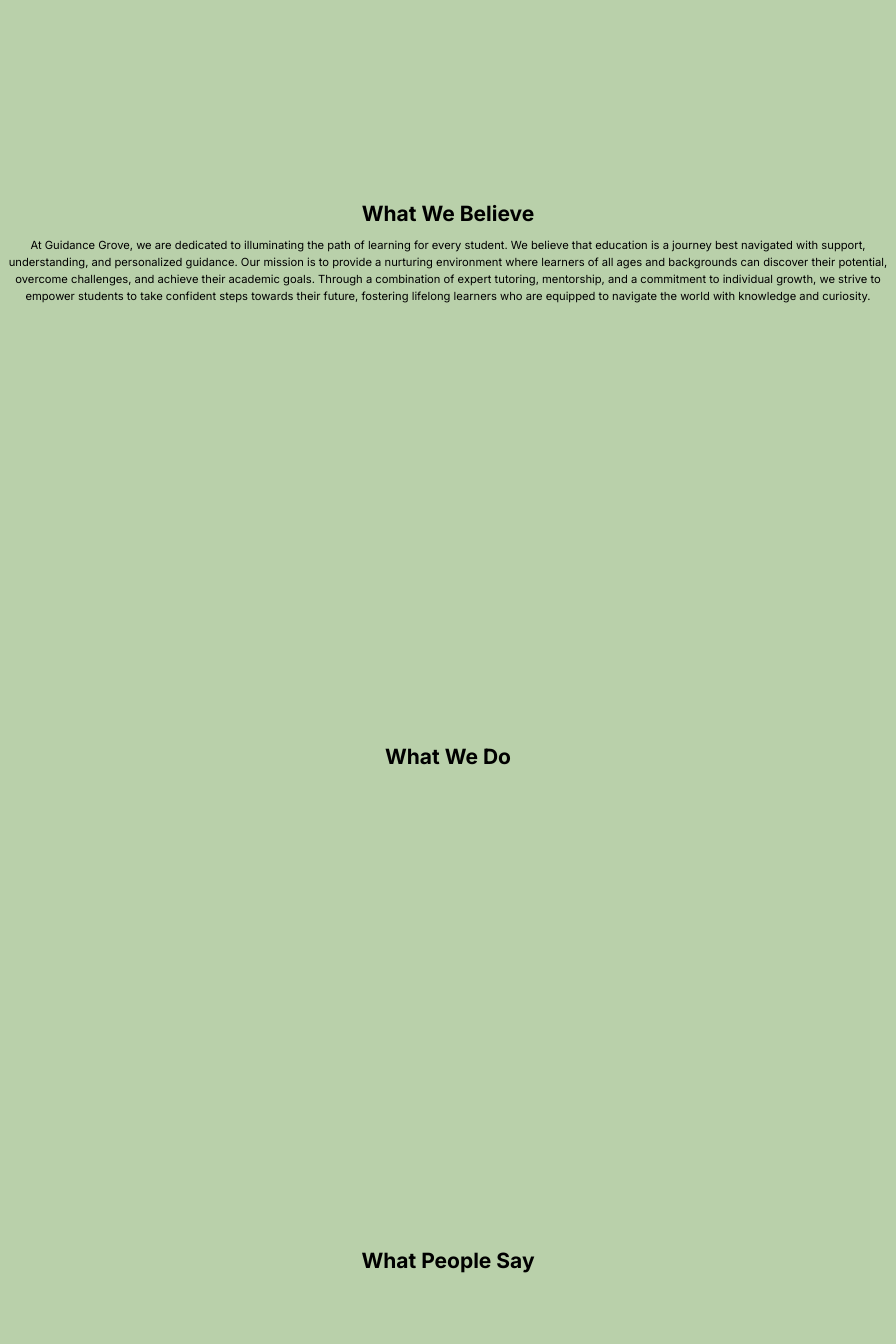
Repository: PositiveGuy/GuidanceGrove
Page: /
These files come from the project's save history. The page is drawn as it stood at one moment and after the next save; the edit follows.
The browser window is 1280 px wide. The pictures show the part of the page from y = 0 to 1920 px (the page is 3874 px tall), at 70% of full size.
The project was rebuilt for these pictures with package versions that can differ from the ones it lists, and the page was loaded fresh each time. The framework's server and built-in components were replaced by stand-ins that run in the browser. Also part of the build but not shown: next.config.js.

Above is the page before, as saved 2023-12-28 12:21:16.

### src/app/layout.tsx
import React from 'react';
import Header from '../components/header';
import Footer from '../components/footer';
import { Inter } from 'next/font/google';
import './globals.css';
import { ThemeContextProvider } from '@/context/ThemeContext';
import ThemeProvider from '@/providers/ThemeProvider';
import ThemeWrapper from '@/components/ThemeWrapper';

//font
const inter = Inter({ subsets: ['latin'] });



//header and footer layout
const RootLayout = ({ children }: { children: React.ReactNode }) => {
  return (
    <html lang='en'>
      <body>
        <ThemeContextProvider>
          <ThemeProvider>
            <Header />
            <ThemeWrapper>
              <main className={inter.className}>{children}</main>
            </ThemeWrapper>
            <Footer />
          </ThemeProvider>
        </ThemeContextProvider>
      </body>
    </html>
  );
};

export default RootLayout;

### src/app/page.tsx
import React from 'react';
//components import
import BelieveSection from '../components/BelieveSection';
import ServicesSection from '../components/ServicesSection';
import TestimonialsSection from '../components/TestimonialsSection';
import CallToActionSection from '../components/CallToActionSection';
import ContactSection from '../components/ContactSection';


//page layout
const Page = () => {
  return (
    <>
      <BelieveSection />
      <ServicesSection />
      <TestimonialsSection />
      <CallToActionSection />
      <ContactSection />
    </>
  );
};

export default Page;

### src/components/header.tsx
"use client"
import MobileNavigation from "./MobileNavigation";
import ThemeToggle from "./ThemeToggle";


const Header = () => {
  return (
    <>
      <nav className="hidden fixed z-50 w-full flex justify-between items-center p-5 bg-black">
        {/* Left Side: Logo and GuidanceGrove™ */}
        <div className="flex items-center space-x-3">
          <img src="/Logo/guidance-grove-logo.png" alt="Guidance Grove Logo" className="h-12 w-12 rounded-full" />
          <div className="text-xl font-caveat font-bold text-white">
            GuidanceGrove™
          </div>
        </div>

        {/* Center: Navigation Links */}
        <div>
          <ul className="flex space-x-4">
            <li><a href="/" className="text-neutral-400 hover:text-white">Home</a></li>
            <li><a href="/about" className="text-neutral-400 hover:text-white">About</a></li>
            <li><a href="/services" className="text-neutral-400 hover:text-white">Services</a></li>
            <li><a href="/contact" className="text-neutral-400 hover:text-white">Contact</a></li>
          </ul>
        </div>

        {/* Right Side: Placeholders for Language, Search, and Dark Mode Toggle */}
        <div className="flex items-center space-x-3">
          <div className="text-white">Language</div>
          <div className="text-white">Search</div>
          <ThemeToggle />
        </div>
      </nav>
      <nav className="md:hidden fixed z-50 w-full flex justify-between items-center p-5 bg-black">
        {/*Mobile Navbar*/}
        <div className="bg-white w-48">
          <MobileNavigation />
        </div>
      </nav>
    </>
  );
};

export default Header;

### src/components/footer.tsx
import Image from "next/image";

const Footer = () => {
  return (
    <footer className="p-5 bg-black shadow-inner text-center">
      <div className="flex justify-center space-x-8 mt-10">
        {/* Placeholder for social icons */}
        <Image src={"/SVGs/ig.svg"} width={50} height={50} alt="ig"></Image>
        <Image src={"/SVGs/fb.svg"} width={50} height={50} alt="fb"></Image>
        <Image src={"/SVGs/tw.svg"} width={50} height={50} alt="tw"></Image>
        <Image src={"/SVGs/wa.svg"} width={50} height={50} alt="wa"></Image>
        <Image src={"/SVGs/yt.svg"} width={50} height={50} alt="in"></Image>
      </div>

      <div className="flex justify-center space-x-1 mb-10 text-teal-50">
        <div className="mt-20">
          ©2023; designed with love and care by
        </div>
        <div className="mt-20 font-caveat">
          GuidanceGrove™
        </div>
      </div>
    </footer>
  );
};
//make GuidanceGrove in font Caveat
export default Footer;

### src/app/globals.css
@tailwind base;
@tailwind components;
@tailwind utilities;

:root {
  --foreground-rgb: 0, 0, 0;
  --background-start-rgb: 214, 219, 220;
  --background-end-rgb: 255, 255, 255;
}

@media (prefers-color-scheme: dark) {
  :root {
    --foreground-rgb: 255, 255, 255;
    --background-start-rgb: 0, 0, 0;
    --background-end-rgb: 0, 0, 0;
  }
}

body {
  color: rgb(var(--foreground-rgb));
  background: linear-gradient(
      to bottom,
      transparent,
      rgb(var(--background-end-rgb))
    )
    rgb(var(--background-start-rgb));
}

.custom-shadow {
    box-shadow: 0 2px 4px rgba(0, 0, 0, 0.2);
}

### src/context/ThemeContext.tsx
"use client"
import { createContext, useState, ReactNode, useEffect } from "react"

interface ChildrenProps {
    children: ReactNode
}

interface ThemeContextType {
    theme: string
    toggle: () => void
}

// This component is responsible to registering and remembering what theme was chosen by the user
// we use local storage for that
export const ThemeContext = createContext<ThemeContextType>({
    theme: "light",
    toggle: () => { },
})

function getFromLocalStorage() {
    if (typeof window === "undefined") {
        return "light";
    }
    const storedTheme = localStorage.getItem("theme");
    console.log("Initial theme from localStorage:", storedTheme); // Debug log
    return storedTheme || "light";
}


export const ThemeContextProvider = ({ children }: ChildrenProps) => {
    const [theme, setTheme] = useState<string>(getFromLocalStorage)

    // since next.js uses server side rendering, we must specify if the transition to client is completed
    const toggle = () => {
        setTheme(prevTheme => prevTheme === "light" ? "dark" : "light");
    };



    useEffect(() => {
        console.log("Updating theme in localStorage to:", theme); // Debug log
        localStorage.setItem("theme", theme);
    }, [theme]);



    return <ThemeContext.Provider value={{ theme, toggle }}>{children}</ThemeContext.Provider>
}

### src/providers/ThemeProvider.tsx
"use client"

import { ThemeContext } from "@/context/ThemeContext"
import { useState, useEffect, useContext, ReactNode } from "react"


interface ChildrenProps {
    children: ReactNode
}

// this component is created to keep the layout/page as server side rendered.
// useContext() requires you to have "use client"

export default function ThemeProvider({ children }: ChildrenProps) {
    const { theme } = useContext(ThemeContext)
    const [mounted, setMounted] = useState(false)

    useEffect(() => {
        setMounted(true)
    }, [])

    if (mounted) {
        return <div className={theme}>{children}</div>
    }
    return <div className={theme}>{children}</div>
}

### src/components/ThemeWrapper.tsx
"use client"
import React, { useContext } from 'react';
import { ThemeContext } from '@/context/ThemeContext';

const ThemeWrapper = ({ children }: { children: React.ReactNode }) => {
    const { theme } = useContext(ThemeContext);

    return (
        <div className={`${theme === "light" ? " bg-sage text-black" : "bg-gray-700 text-slate-400"}`}>
            {children}
        </div>
    );
};

export default ThemeWrapper;

### src/components/BelieveSection.tsx
"use client"
import { ThemeContext } from "@/context/ThemeContext";
import { useContext } from "react";

const BelieveSection = () => {
  const { theme } = useContext(ThemeContext)
  return (
    <div id="believe" className={`h-screen flex items-center justify-center`}>
      <div className="text-center">
        <h2 className="text-3xl font-bold">What We Believe</h2>
        <p className="mt-4">At Guidance Grove, we are dedicated to illuminating the path of learning for every student.
          We believe that education is a journey best navigated with support, understanding, and personalized guidance.
          Our mission is to provide a nurturing environment where learners of all ages and backgrounds
          can discover their potential, overcome challenges, and achieve their academic goals.
          Through a combination of expert tutoring, mentorship, and a commitment to individual growth,
          we strive to empower students to take confident steps towards their future,
          fostering lifelong learners who are equipped to navigate the world with knowledge and curiosity.</p>
      </div>
    </div>
  );
};

export default BelieveSection;

### src/components/ServicesSection.tsx
"use client"
import { ThemeContext } from "@/context/ThemeContext";
import { useContext } from "react";

const ServicesSection = () => {
  const { theme } = useContext(ThemeContext)
  return (
    <div id="services" className={`h-screen flex items-center justify-center  `}>
      <div className="text-center">
        <h2 className="text-3xl font-bold">What We Do</h2>
        {/* Add service details here */}
      </div>
    </div>
  );
};

export default ServicesSection;

### src/components/TestimonialsSection.tsx
"use client"
import { ThemeContext } from "@/context/ThemeContext";
import { useContext } from "react";

const TestimonialsSection = () => {
  const { theme } = useContext(ThemeContext)
  return (
    <div id="testimonials" className={`h-screen flex items-center justify-center   `}>
      <div className="text-center">
        <h2 className="text-3xl font-bold">What People Say</h2>
        {/* Add testimonials here */}
      </div>
    </div>
  );
};

export default TestimonialsSection;

### src/components/CallToActionSection.tsx
"use client"
import { ThemeContext } from "@/context/ThemeContext";
import { useContext } from "react";

const CallToActionSection = () => {
  const { theme } = useContext(ThemeContext)
  return (
    <div id="cta" className={`h-screen flex items-center justify-center  `}>
      <div className="container mx-auto px-4 sm:px-6 lg:px-8">
        <div className="flex flex-wrap -mx-4 items-center">
          <div className="text-left lg:w-1/2 px-4 mb-4 lg:mb-0">
            <h2 className="text-5xl font-bold">Payments tool for software companies</h2>
            <p className="mt-2 text-lg">From checkout to global sales tax compliance, companies around the world use Flowbite to simplify their payment stack.</p>
            <button className="mt-4 bg-blue-500 text-white py-2 px-4 rounded hover:bg-blue-700">
              Get started ➤
            </button>
          </div>
          <div className="lg:w-1/2 px-4 flex justify-center lg:justify-end">
            <img src="DALLE/career.png" alt="Software Payment Tool" className="object-contain lg:object-cover h-80 w-full lg:w-auto rounded-lg shadow-lg" />
          </div>
        </div>
      </div>
    </div>
  );
};

export default CallToActionSection;

### src/components/ContactSection.tsx
"use client"
import { ThemeContext } from "@/context/ThemeContext";
import { useContext } from "react";

const ContactSection = () => {
  const { theme } = useContext(ThemeContext)
  return (
    <div id="contact" className={`h-screen flex items-center justify-center  `}>
      <div className="text-center">
        <h2 className="text-3xl font-bold">Contact Us</h2>
        {/* Add contact form or information here */}
      </div>
    </div>
  );
};

export default ContactSection;

### src/components/MobileNavigation.tsx
import { Menu } from '@headlessui/react'

export default function MobileNavigation() {
    return (
        <Menu>
            <Menu.Button>More</Menu.Button>
            <Menu.Items>
                <Menu.Item>
                    {({ active }) => (
                        <a
                            className={`${active && 'bg-blue-500'}`}
                            href="/account-settings"
                        >
                            Account settings
                        </a>
                    )}
                </Menu.Item>
                <Menu.Item>
                    {({ active }) => (
                        <a
                            className={`${active && 'bg-blue-500'}`}
                            href="/account-settings"
                        >
                            Documentation
                        </a>
                    )}
                </Menu.Item>
                <Menu.Item disabled>
                    <span className="opacity-75">Invite a friend (coming soon!)</span>
                </Menu.Item>
            </Menu.Items>
        </Menu>
    )
}

### src/components/ThemeToggle.tsx
"use client"
import { useContext } from 'react'
import { Switch } from '@headlessui/react'
import { ThemeContext } from '@/context/ThemeContext'

export default function Example() {
    const { toggle, theme } = useContext(ThemeContext)

    // Determine if the switch should be on or off based on the current theme
    const isDarkMode = theme === 'dark'

    return (
        <div className="flex items-center justify-center p-6"> {/* Adjusted for centering */}
            <Switch
                checked={isDarkMode}
                onChange={toggle} // Use the toggle function from context
                className={`${isDarkMode ? 'bg-teal-900' : 'bg-teal-700'}
                    relative inline-flex items-center h-6 rounded-full w-11 transition-colors focus:outline-none`}
            >
                <span className="sr-only">Toggle theme</span>
                <span
                    aria-hidden="true"
                    className={`${isDarkMode ? 'translate-x-6' : 'translate-x-1'}
                        inline-block w-4 h-4 transform bg-white rounded-full transition-transform`}
                />
            </Switch>
        </div>
    )
}

### tailwind.config.ts
import type { Config } from 'tailwindcss'

const config: Config = {
  content: [
    './src/pages/**/*.{js,ts,jsx,tsx,mdx}',
    './src/components/**/*.{js,ts,jsx,tsx,mdx}',
    './src/app/**/*.{js,ts,jsx,tsx,mdx}',
  ],
  theme: {
    extend: {
      backgroundImage: {
        'gradient-radial': 'radial-gradient(var(--tw-gradient-stops))',
        'gradient-conic':
          'conic-gradient(from 180deg at 50% 50%, var(--tw-gradient-stops))',

      },
      colors: {
        sage: '#B9D0AA',
      },

      fontFamily: {
        caveat: ['Caveat', 'cursive'],
      },

    },

  },
  plugins: [],
}
export default config

After the next save:
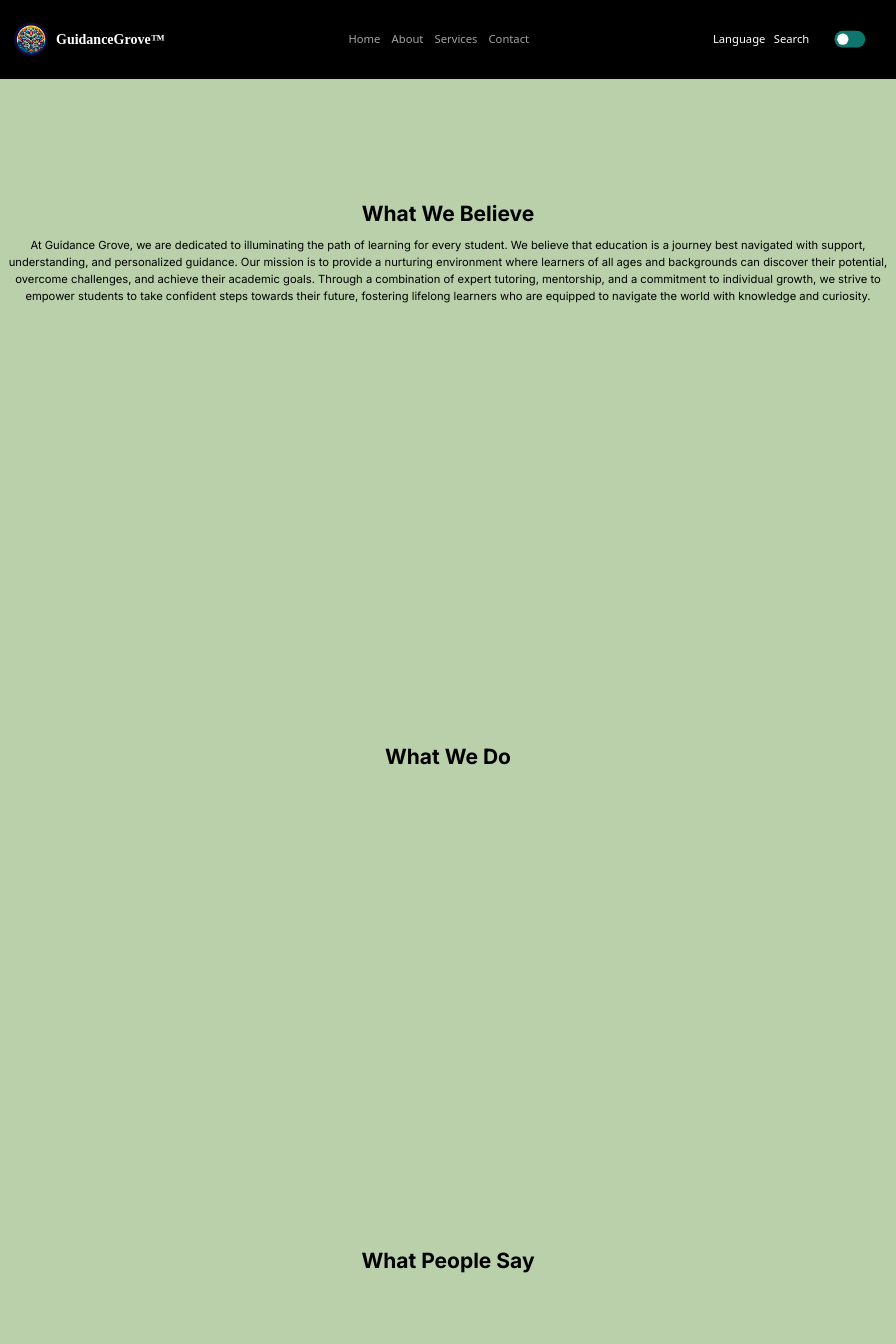
Saved 3 min 11 s later.
--- a/src/components/header.tsx
+++ b/src/components/header.tsx
@@ -6,7 +6,7 @@ import ThemeToggle from "./ThemeToggle";
 const Header = () => {
   return (
     <>
-      <nav className="hidden fixed z-50 w-full flex justify-between items-center p-5 bg-black">
+      <nav className="hidden fixed z-50 w-full md:flex justify-between items-center p-5 bg-black">
         {/* Left Side: Logo and GuidanceGrove™ */}
         <div className="flex items-center space-x-3">
           <img src="/Logo/guidance-grove-logo.png" alt="Guidance Grove Logo" className="h-12 w-12 rounded-full" />
